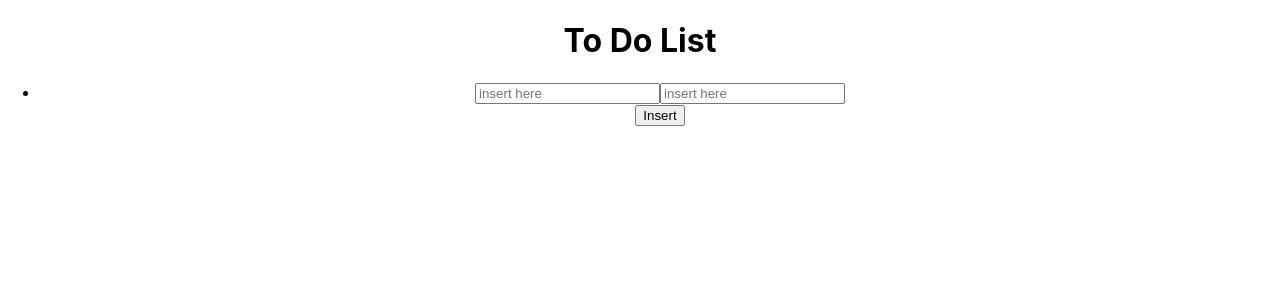
Repository: runner855/Todolist
Page: /
These files come from the project's save history. The page is drawn as it stood at one moment and after the next save; the edit follows.
The browser window is 1280 px wide. The pictures show the whole page.
The project was rebuilt for these pictures with package versions that can differ from the ones it lists, and the page was loaded fresh each time.

Above is the page before, as saved 2021-03-29 15:16:04.

### src/App.js
import "./App.css";

function App() {
  return (
    <div className="App">
      <h1>To Do List</h1>
      <ul>
        <li>
          <input
            label="todo"
            placeholder="insert here"
            name="first task"
          ></input>
          <input placeholder="insert here" name="first task"></input>
          <br></br>
          <button> Insert</button>
        </li>
      </ul>
    </div>
  );
}

export default App;

Loaded but not shown: public/index.html (common file); src/index.js (common file); src/index.css (common file); src/App.css (common file)

After the next save:
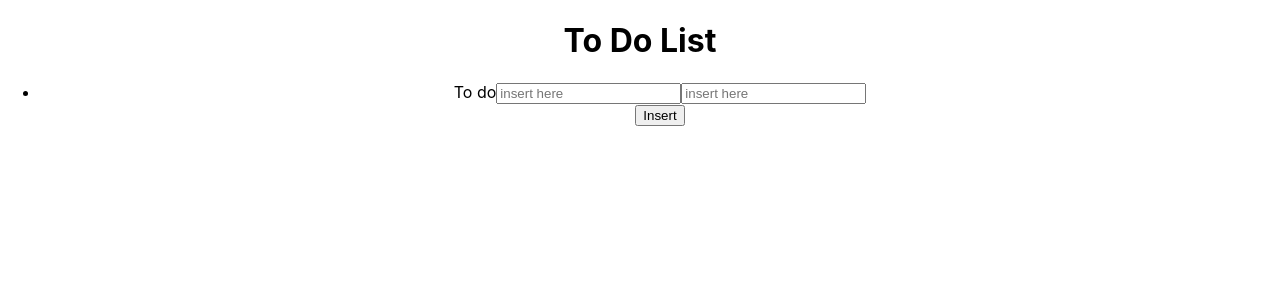
Saved 11 s later.
--- a/src/App.js
+++ b/src/App.js
@@ -6,6 +6,7 @@ function App() {
       <h1>To Do List</h1>
       <ul>
         <li>
+          To do
           <input
             label="todo"
             placeholder="insert here"
